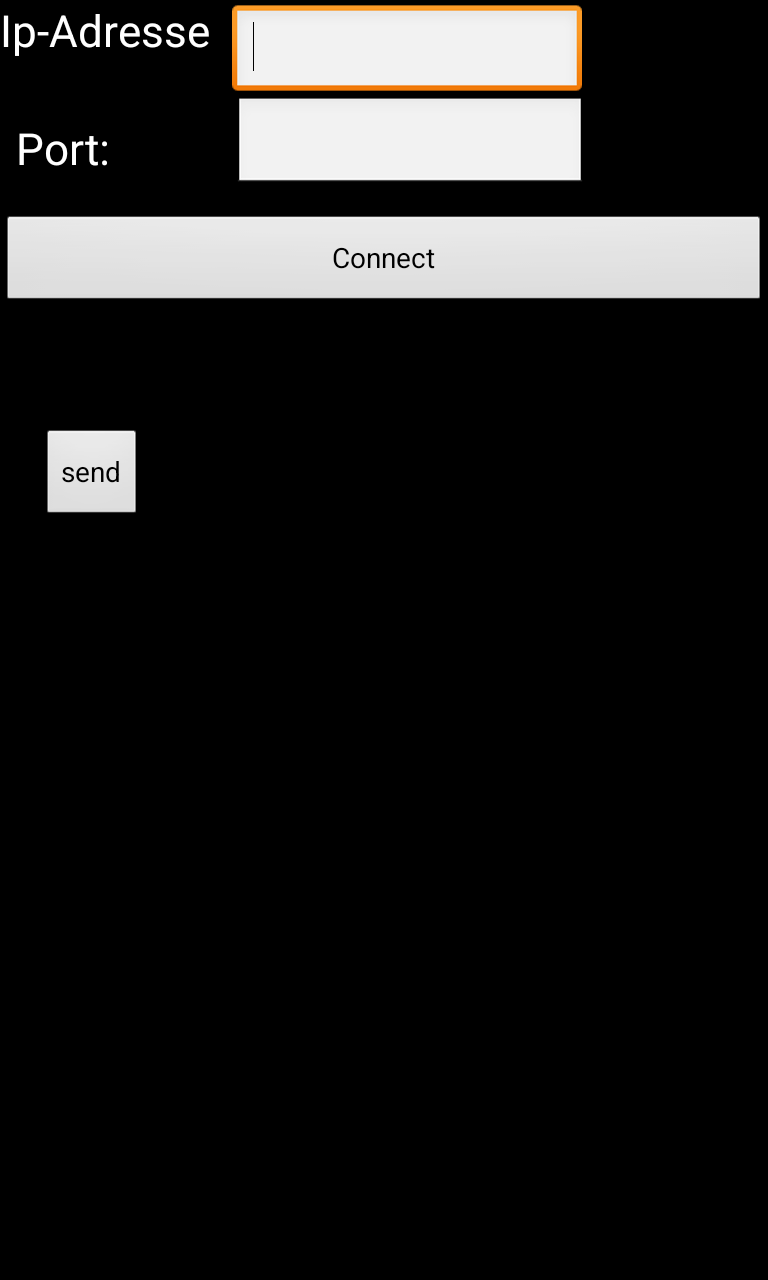
Repository: Lemkerene/App
Layout: kniffel/res/layout/main.xml
These files come from the project's save history. The layout is drawn as it stood at one moment and after the next save; the edit follows.
It is drawn on a 768 x 1280 px phone screen (xhdpi) without system bars, with theme android:Theme; the app's code is not run.

Above is the layout before, as saved 2012-08-03 18:59:16.

After the next save:
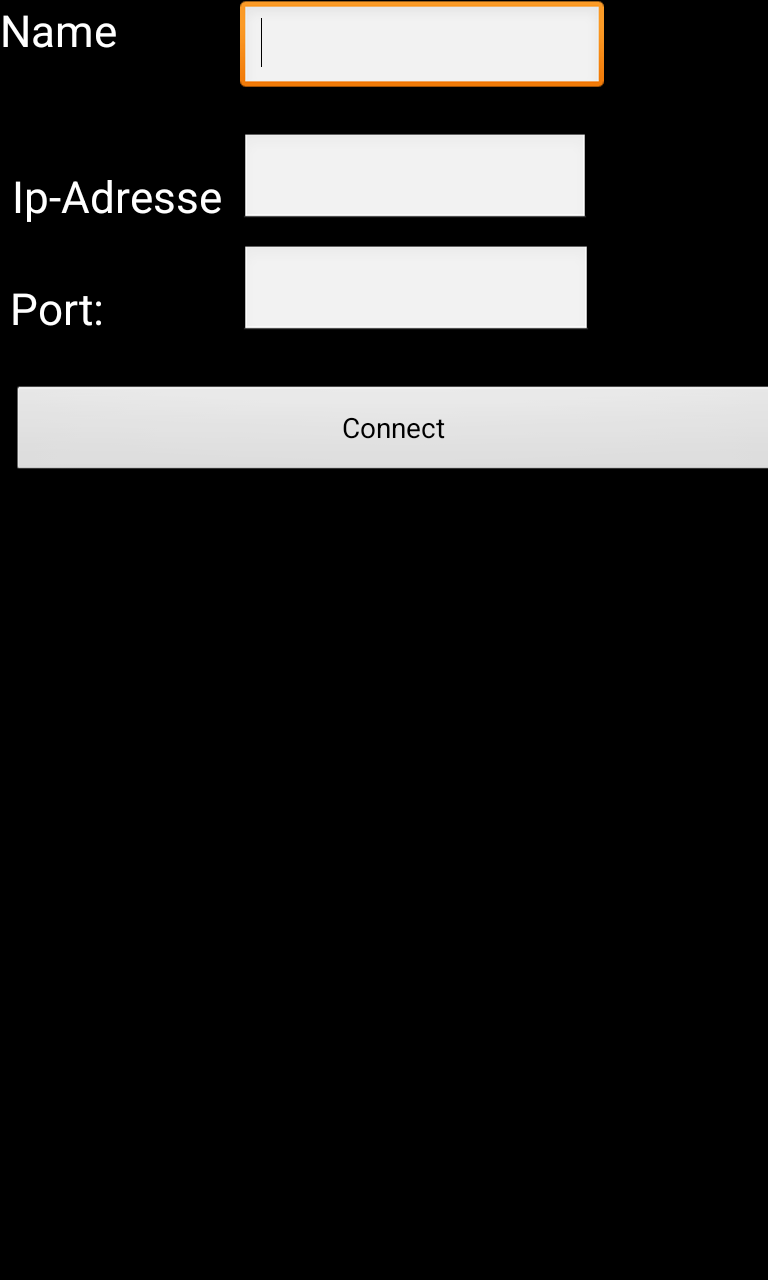
Saved 90 s later.
--- a/kniffel/res/layout/main.xml
+++ b/kniffel/res/layout/main.xml
@@ -4,37 +4,21 @@
     android:layout_width="fill_parent"
     android:layout_height="fill_parent" >
 
-
-
-    <TextView
-        android:id="@+id/TextView01"
-        android:layout_width="wrap_content"
+    <Button
+        android:id="@+id/button1"
+        android:layout_width="match_parent"
         android:layout_height="wrap_content"
-        android:layout_x="0dp"
-        android:layout_y="0dp"
-        android:text="Ip-Adresse"
-        android:textAppearance="?android:attr/textAppearanceLarge" />
-
-
-
-
-    <EditText
-        android:id="@+id/editText1"
-        android:layout_width="175dp"
-        android:layout_height="wrap_content"
-        android:layout_x="116dp"
-        android:layout_y="2dp"
-        android:ems="10" >
-
-        <requestFocus />
-    </EditText>
+        android:layout_x="5dp"
+        android:layout_y="192dp"
+        android:onClick="OnClickConnect"
+        android:text="Connect" />
 
     <TextView
         android:id="@+id/textView1"
         android:layout_width="wrap_content"
         android:layout_height="wrap_content"
-        android:layout_x="8dp"
-        android:layout_y="59dp"
+        android:layout_x="5dp"
+        android:layout_y="139dp"
         android:text="Port:"
         android:textAppearance="?android:attr/textAppearanceLarge" />
 
@@ -42,26 +26,47 @@
         android:id="@+id/editText2"
         android:layout_width="176dp"
         android:layout_height="wrap_content"
-        android:layout_x="117dp"
-        android:layout_y="48dp"
+        android:layout_x="120dp"
+        android:layout_y="122dp"
         android:ems="10" />
 
-    <Button
-        android:id="@+id/button1"
-        android:layout_width="match_parent"
+    <EditText
+        android:id="@+id/editText1"
+        android:layout_width="175dp"
+        android:layout_height="wrap_content"
+        android:layout_x="120dp"
+        android:layout_y="66dp"
+        android:ems="10" />
+
+    <TextView
+        android:id="@+id/TextView01"
+        android:layout_width="wrap_content"
+        android:layout_height="wrap_content"
+        android:layout_x="6dp"
+        android:layout_y="83dp"
+        android:text="Ip-Adresse"
+        android:textAppearance="?android:attr/textAppearanceLarge" />
+
+
+    <TextView
+        android:id="@+id/TextView02"
+        android:layout_width="wrap_content"
         android:layout_height="wrap_content"
         android:layout_x="0dp"
-        android:layout_y="107dp"
-        android:onClick="OnClickConnect"
-        android:text="Connect" />
+        android:layout_y="0dp"
+        android:text="@string/name"
+        android:textAppearance="?android:attr/textAppearanceLarge" />
 
-    <Button
-        android:id="@+id/button2"
-        android:layout_width="wrap_content"
+
+    <EditText
+        android:id="@+id/editText3"
+        android:layout_width="182dp"
         android:layout_height="wrap_content"
-        android:layout_x="20dp"
-        android:layout_y="214dp"
-        android:onClick="OnClickSend"
-        android:text="send" />
+        android:layout_x="120dp"
+        android:layout_y="0dp"
+        android:ems="10" >
+
+        <requestFocus />
+    </EditText>
 
 </AbsoluteLayout>
